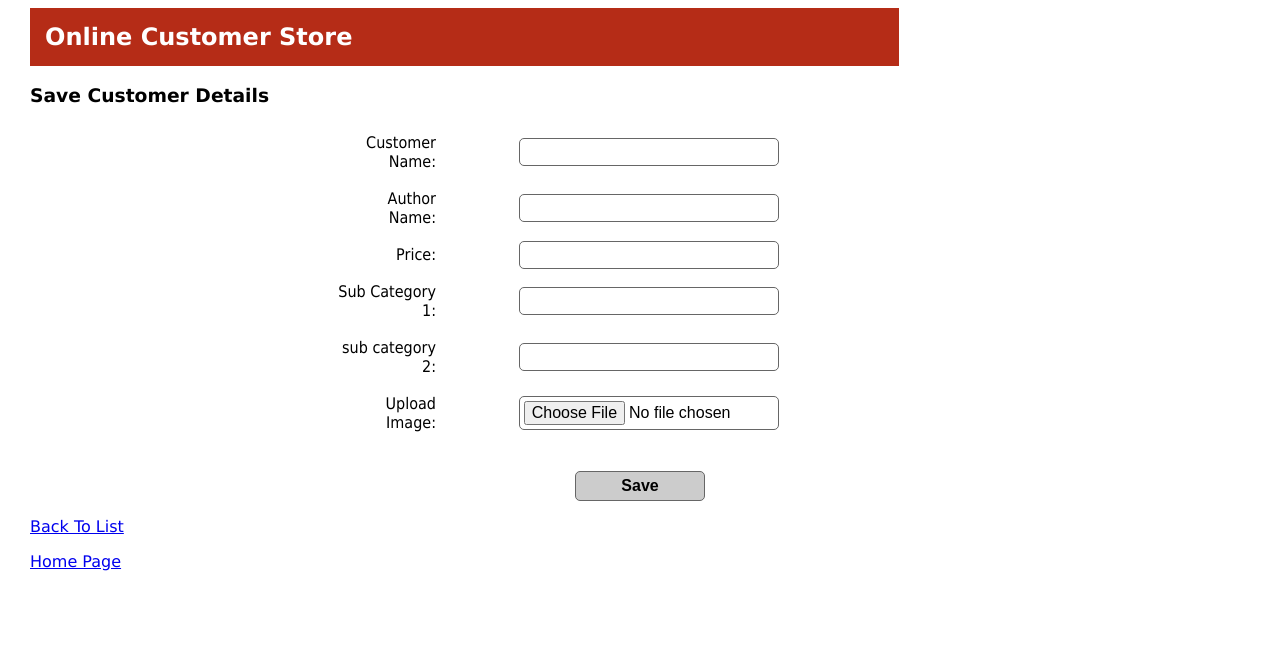
Repository: vsc8791/IMS
Page: http://localhost/onlinebookstore/WEB-INF/view/customer-form.jsp
These files come from the project's save history. The page is drawn as it stood at one moment and after the next save; the edit follows.
The browser window is 1280 px wide. The pictures show the whole page.
The page is served by Tomcat 9. Nobody is signed in. The template is opened directly, without the code that normally fills it, so the values that code supplies are empty.

Above is the page before, as saved 2018-07-30 13:43:58.

After the next save:
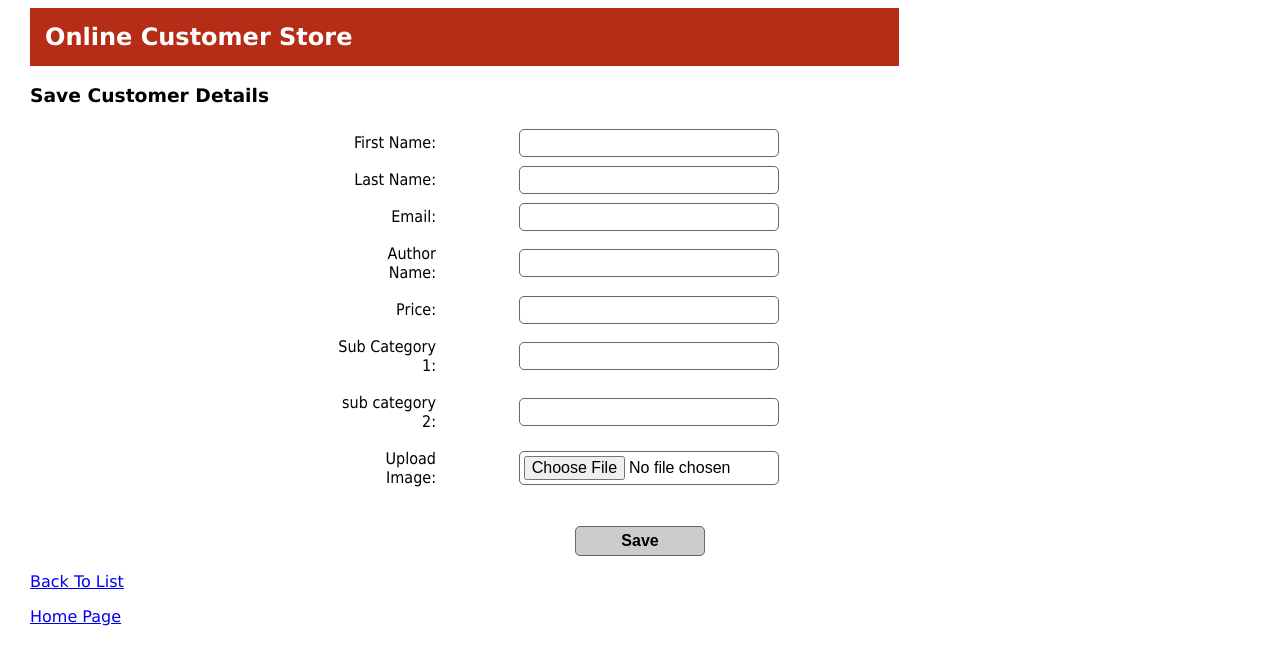
Saved 2 min 16 s later.
--- a/onlinebookstore/WebContent/WEB-INF/view/customer-form.jsp
+++ b/onlinebookstore/WebContent/WEB-INF/view/customer-form.jsp
@@ -28,9 +28,21 @@
 				<tbody>
 
 					<tr>
-						<td><label>Customer Name:</label></td>
-						<td><form:input path="customername" /></td>
+						<td><label>First Name:</label></td>
+						<td><form:input path="firstname" /></td>
 					</tr>
+
+					<tr>
+						<td><label>Last Name:</label></td>
+						<td><form:input path="lastname" /></td>
+					</tr>
+
+					<tr>
+						<td><label>Email:</label></td>
+						<td><form:input path="email" type="email" /></td>
+					</tr>
+
+
 					<tr>
 						<td><label>Author Name:</label></td>
 						<td><form:input path="author"/></td>
